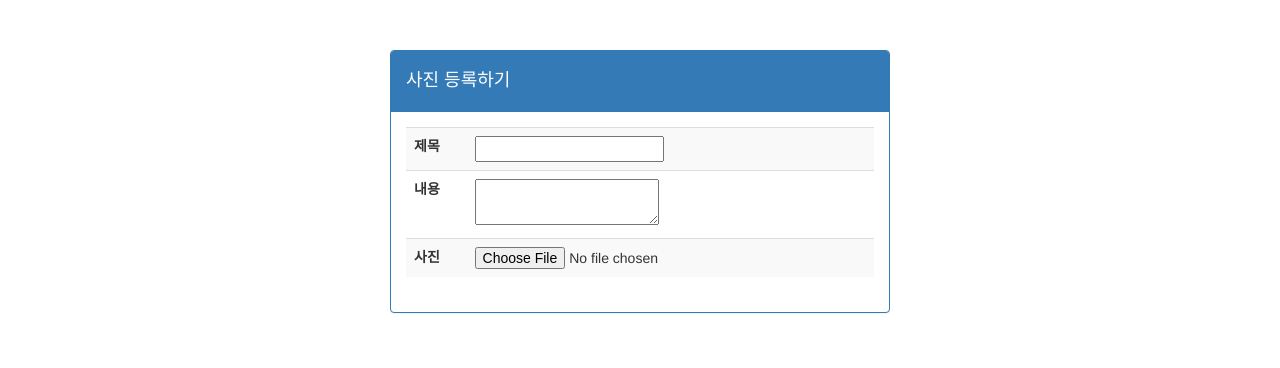
Repository: simDev1234/WebStudy
Page: http://localhost/2022_0607_PhotoGallery/photo/insert_form.do
The author's editor kept a copy of each file at every save. The page is drawn from the files as they stood at one save, then again after the next save.
The browser window is 1280 px wide. The pictures show the whole page.
The page is served by Tomcat 9. Other server files are loaded and not shown.

Above is the page before, as saved 2022-06-08 02:59:25.

### _01_상반기_WebStudy/2022_0607_PhotoGallery/src/main/webapp/photo/photo_insert_form.jsp
<%@ page language="java" contentType="text/html; charset=UTF-8"
    pageEncoding="UTF-8"%>
<!DOCTYPE html>
<html>
<head>
<meta charset="UTF-8">
<title>Insert title here</title>
<link rel="stylesheet" href="https://maxcdn.bootstrapcdn.com/bootstrap/3.4.1/css/bootstrap.min.css">
<script src="https://ajax.googleapis.com/ajax/libs/jquery/3.6.0/jquery.min.js"></script>
<script src="https://maxcdn.bootstrapcdn.com/bootstrap/3.4.1/js/bootstrap.min.js"></script>
<style type="text/css">
    #box{
       width  : 500px;
       margin : auto;
       margin-top : 50px;
    }
</style>
</head>
<body>
   <form method = "POST" enctype = "mutipart/form-data">
      <div id = "box">
         <div class="panel panel-primary">
	       <div class="panel-heading"><h4>사진 등록하기</h4></div>
	       <div class="panel-body">
	          <table class = "table table-striped">
	              <tr>
	                <th>제목</th>
	                <td><input name = "p_subject"></td>
	              </tr>
	              <tr>
	                <th>내용</th>
	                <td><textarea name = "p_content"></textarea></td>
	              </tr>
	              <tr>
	                <th>사진</th>
	                <td><input type = "file" name = "photo"></td>
	              </tr>
	              <tr></tr>
	          </table>
	       </div>
	     </div>
      </div>
   </form>
</body>
</html>

### _01_상반기_WebStudy/2022_0607_PhotoGallery/src/main/java/action/photo/PhotoInsertFormAction.java
package action.photo;

import java.io.IOException;
import javax.servlet.RequestDispatcher;
import javax.servlet.ServletException;
import javax.servlet.annotation.WebServlet;
import javax.servlet.http.HttpServlet;
import javax.servlet.http.HttpServletRequest;
import javax.servlet.http.HttpServletResponse;

/**
 * Servlet implementation class PhotoInsertFormAction
 */
@WebServlet("/photo/insert_form.do")
public class PhotoInsertFormAction extends HttpServlet {
	private static final long serialVersionUID = 1L;

	/**
	 * @see HttpServlet#HttpServlet()
	 */
	public PhotoInsertFormAction() {
		super();
		// TODO Auto-generated constructor stub
	}

	/**
	 * @see HttpServlet#service(HttpServletRequest request, HttpServletResponse response)
	 */
	protected void service(HttpServletRequest request, HttpServletResponse response)
			throws ServletException, IOException {

		//forward
		String forward_page = "photo_insert_form.jsp";
		RequestDispatcher disp = request.getRequestDispatcher(forward_page);
		disp.forward(request, response);
	}

}

After the next save:
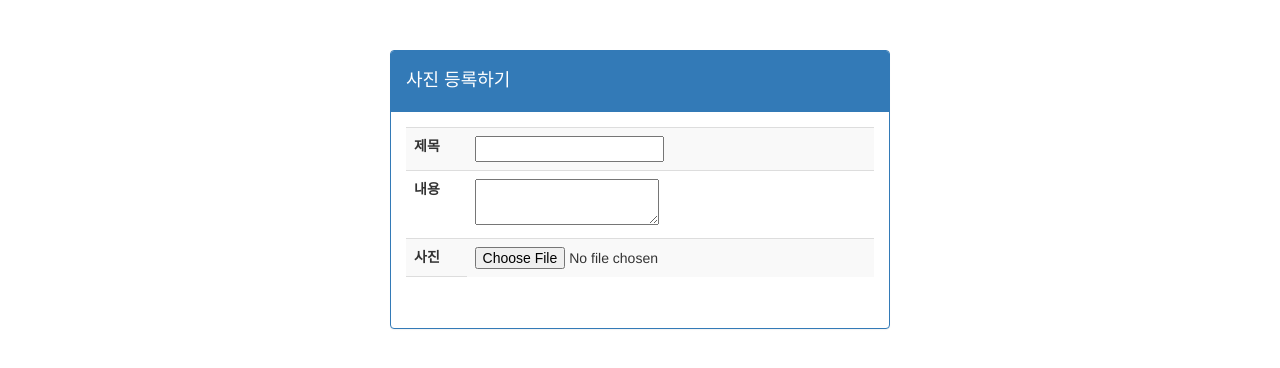
Saved 4 s later.
--- a/_01_상반기_WebStudy/2022_0607_PhotoGallery/src/main/webapp/photo/photo_insert_form.jsp
+++ b/_01_상반기_WebStudy/2022_0607_PhotoGallery/src/main/webapp/photo/photo_insert_form.jsp
@@ -35,7 +35,9 @@
 	                <th>사진</th>
 	                <td><input type = "file" name = "photo"></td>
 	              </tr>
-	              <tr></tr>
+	              <tr>
+	                <td></td>
+	              </tr>
 	          </table>
 	       </div>
 	     </div>
